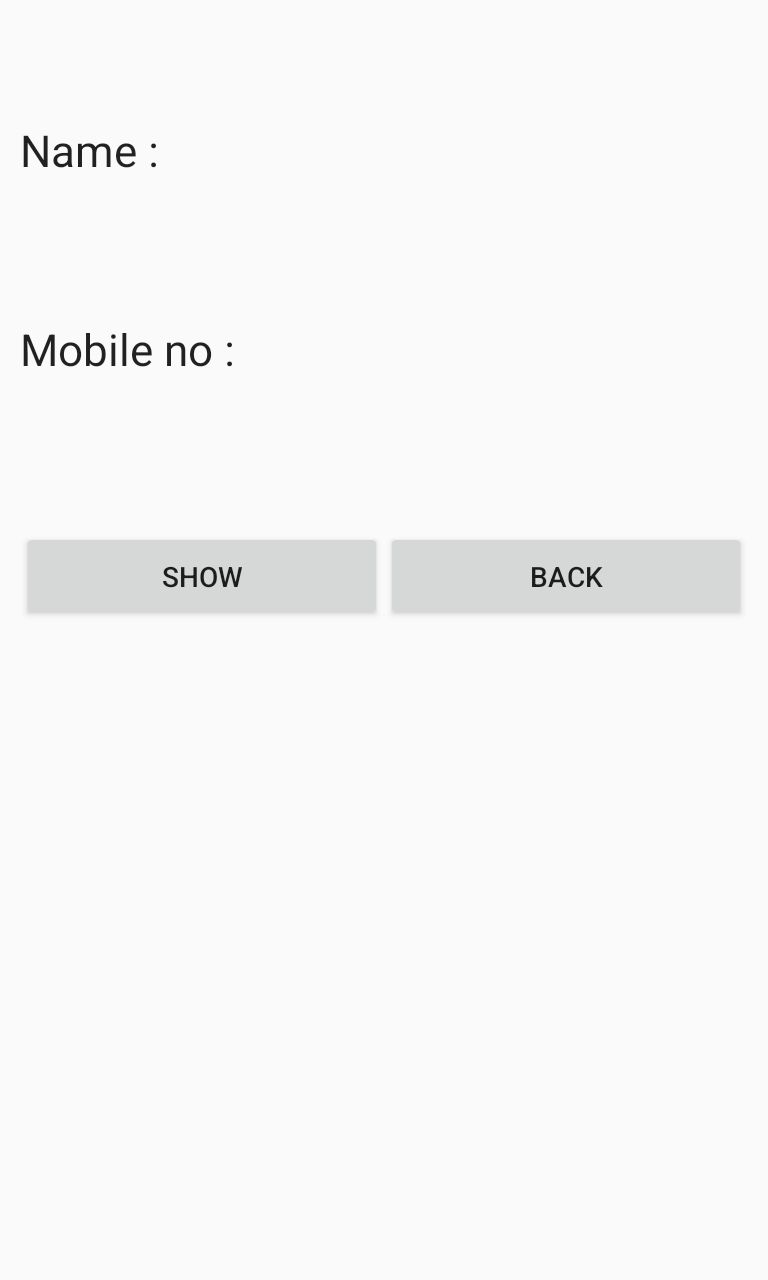
Repository: rajeshmule/Android-Data-Storage-Option
Layout: SharedPreference/res/layout/activity_main2.xml
The author's editor kept a copy of each file at every save. The layout is drawn from the files as they stood at one save, then again after the next save.
It is drawn on a 768 x 1280 px phone screen (xhdpi) without system bars, with theme AppTheme; the app's code is not run.

Above is the layout before, as saved 2014-08-22 16:46:26.

After the next save:
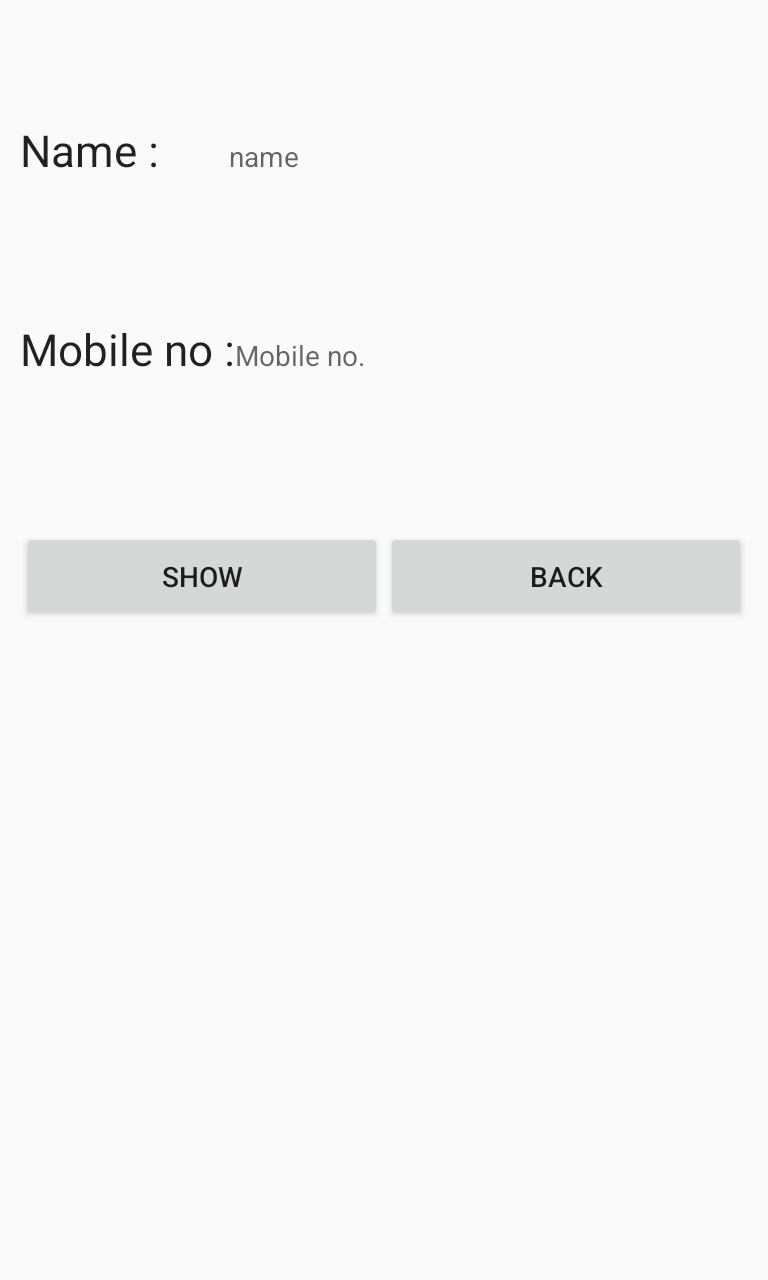
Saved 2 min 18 s later.
--- a/SharedPreference/res/layout/activity_main2.xml
+++ b/SharedPreference/res/layout/activity_main2.xml
@@ -27,7 +27,8 @@
             android:layout_width="match_parent"
             android:layout_height="wrap_content"
             android:layout_marginLeft="35dp"
-            android:layout_weight="1" />
+            android:layout_weight="1"
+            android:hint="name" />
     </LinearLayout>
 
     <LinearLayout
@@ -49,7 +50,8 @@
             android:id="@+id/editText2"
             android:layout_width="0dp"
             android:layout_height="wrap_content"
-            android:layout_weight="1" />
+            android:layout_weight="1"
+            android:hint="Mobile no." />
     </LinearLayout>
 
     <LinearLayout
